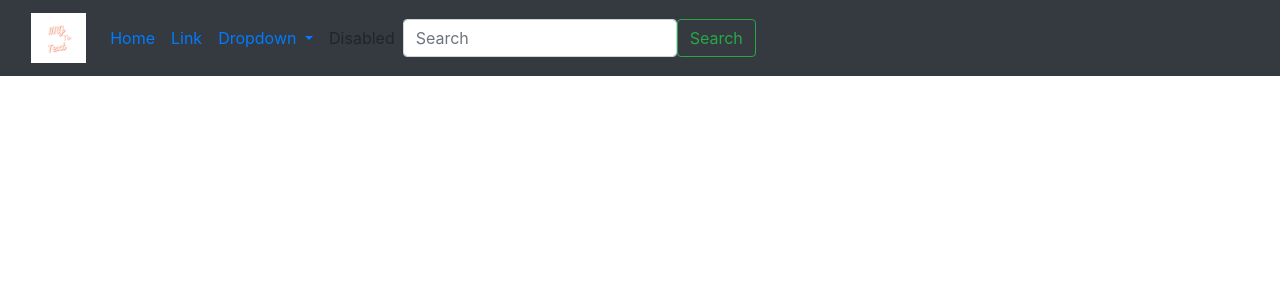
Repository: Tung1227/PBL6-2022
Page: index.html
An editor plug-in stored every save of this project. The page is shown before and after the next save, followed by the edit.
The browser window is 1280 px wide. The pictures show the whole page.

Above is the page before, as saved 2022-09-15 21:11:56.

After the next save:
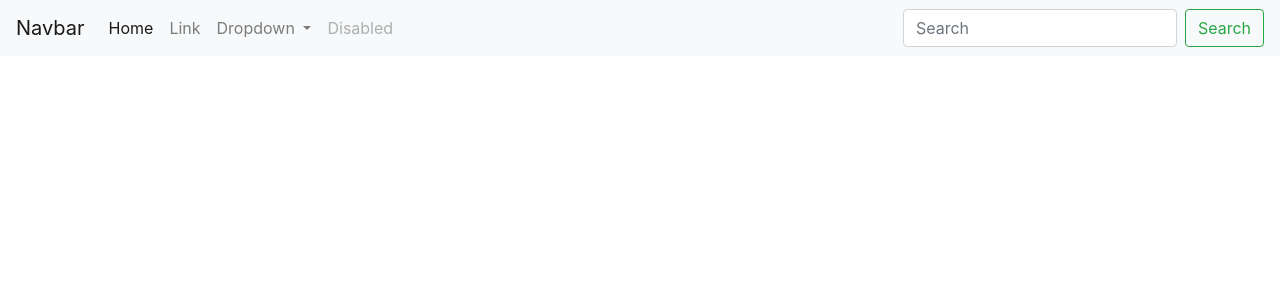
Saved 107 s later.
--- a/index.html
+++ b/index.html
@@ -13,47 +13,41 @@
 </head>
 
 <body>
-    <nav class="navbar navbar-expand-lg bg-dark">
-        <div class="container-fluid">
-            <a class="navbar-brand" href="#"><img src="public/img/logo.png" alt="" srcset="" height="50"></a>
-            <button class="navbar-toggler" type="button" data-bs-toggle="collapse"
-                data-bs-target="#navbarSupportedContent" aria-controls="navbarSupportedContent" aria-expanded="false"
-                aria-label="Toggle navigation">
-                <span class="navbar-toggler-icon"></span>
-            </button>
-            <div class="collapse navbar-collapse" id="navbarSupportedContent">
-                <ul class="navbar-nav me-auto mb-2 mb-lg-0">
-                    <li class="nav-item">
-                        <a class="nav-link active" aria-current="page" href="#">Home</a>
-                    </li>
-                    <li class="nav-item">
-                        <a class="nav-link" href="#">Link</a>
-                    </li>
-                    <li class="nav-item dropdown">
-                        <a class="nav-link dropdown-toggle" href="#" role="button" data-bs-toggle="dropdown"
-                            aria-expanded="false">
-                            Dropdown
-                        </a>
-                        <ul class="dropdown-menu">
-                            <li><a class="dropdown-item" href="#">Action</a></li>
-                            <li><a class="dropdown-item" href="#">Another action</a></li>
-                            <li>
-                                <hr class="dropdown-divider">
-                            </li>
-                            <li><a class="dropdown-item" href="#">Something else here</a></li>
-                        </ul>
-                    </li>
-                    <li class="nav-item">
-                        <a class="nav-link disabled">Disabled</a>
-                    </li>
-                </ul>
-                <form class="d-flex" role="search">
-                    <input class="form-control me-2" type="search" placeholder="Search" aria-label="Search">
-                    <button class="btn btn-outline-success" type="submit">Search</button>
-                </form>
-            </div>
+    <nav class="navbar navbar-expand-lg navbar-light bg-light">
+        <a class="navbar-brand" href="#">Navbar</a>
+        <button class="navbar-toggler" type="button" data-toggle="collapse" data-target="#navbarSupportedContent" aria-controls="navbarSupportedContent" aria-expanded="false" aria-label="Toggle navigation">
+          <span class="navbar-toggler-icon"></span>
+        </button>
+
+        <div class="collapse navbar-collapse" id="navbarSupportedContent">
+          <ul class="navbar-nav mr-auto">
+            <li class="nav-item active">
+              <a class="nav-link" href="#">Home <span class="sr-only">(current)</span></a>
+            </li>
+            <li class="nav-item">
+              <a class="nav-link" href="#">Link</a>
+            </li>
+            <li class="nav-item dropdown">
+              <a class="nav-link dropdown-toggle" href="#" id="navbarDropdown" role="button" data-toggle="dropdown" aria-haspopup="true" aria-expanded="false">
+                Dropdown
+              </a>
+              <div class="dropdown-menu" aria-labelledby="navbarDropdown">
+                <a class="dropdown-item" href="#">Action</a>
+                <a class="dropdown-item" href="#">Another action</a>
+                <div class="dropdown-divider"></div>
+                <a class="dropdown-item" href="#">Something else here</a>
+              </div>
+            </li>
+            <li class="nav-item">
+              <a class="nav-link disabled" href="#">Disabled</a>
+            </li>
+          </ul>
+          <form class="form-inline my-2 my-lg-0">
+            <input class="form-control mr-sm-2" type="search" placeholder="Search" aria-label="Search">
+            <button class="btn btn-outline-success my-2 my-sm-0" type="submit">Search</button>
+          </form>
         </div>
-    </nav>
+      </nav>
     <!-- Optional JavaScript -->
     <!-- jQuery first, then Popper.js, then Bootstrap JS -->
     <script src="https://code.jquery.com/jquery-3.3.1.slim.min.js"
